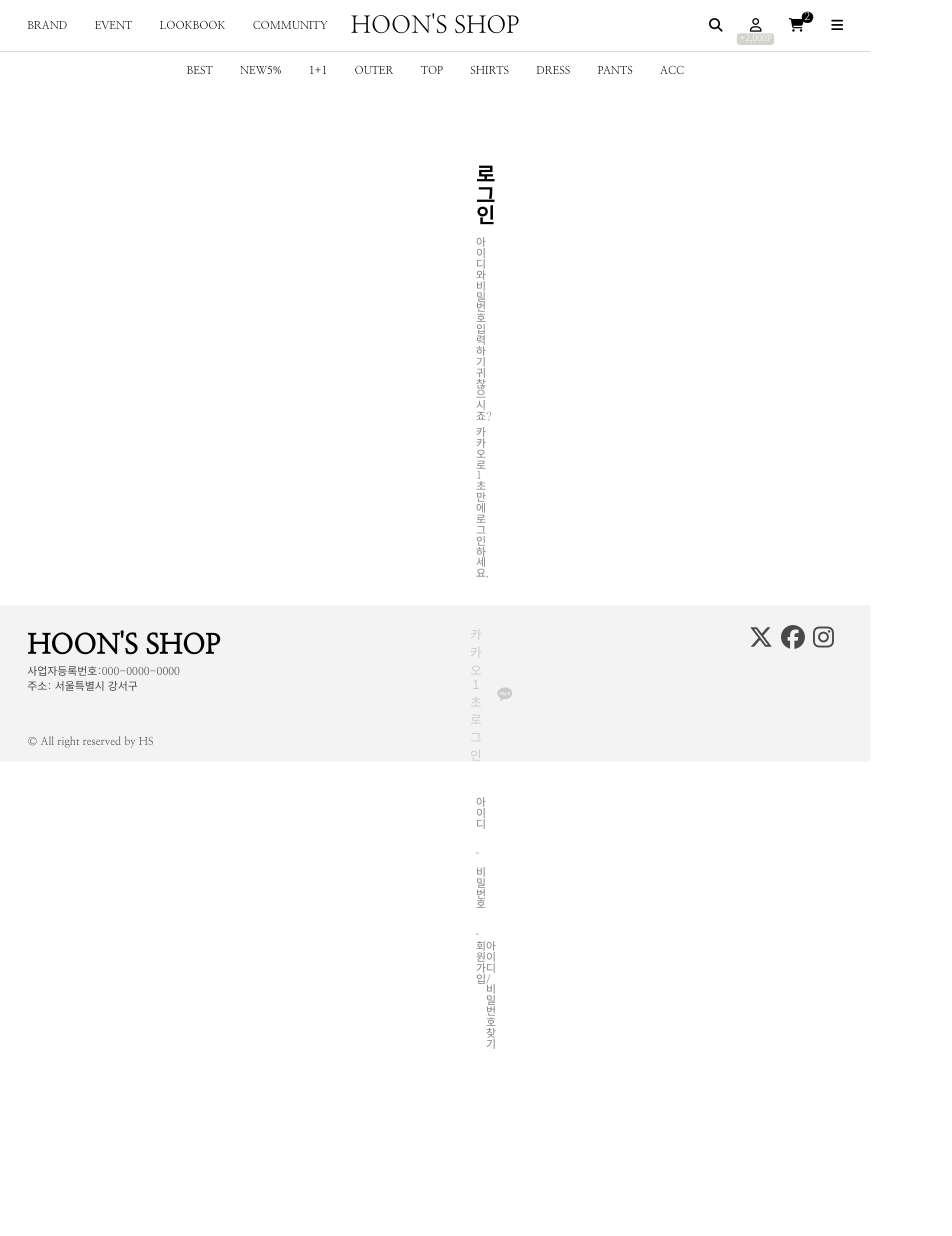
Repository: Iimchaehoon/cafeProject
Page: login.html
These files come from the project's save history. The page is drawn as it stood at one moment and after the next save; the edit follows.
The browser window is 1280 px wide. The page is 1400 px wide, so the pictures cover 1400 px, including what lies to the right of the window. The pictures show the whole page, at 68% of full size.
Some web libraries are served in a nearby version.

Above is the page before, as saved 2024-07-29 21:17:01.

### login.html
<!DOCTYPE html>
<html lang="en">
  <head>
    <meta charset="UTF-8" />
    <meta name="viewport" content="width=device-width, initial-scale=1.0" />
    <title>Document</title>
    <link rel="stylesheet" href="/src/css/pages/login.css" />
    <script
      src="https://kit.fontawesome.com/1e606f2a97.js"
      crossorigin="anonymous"
    ></script>
  </head>
  <body>
    <!--header-->
    <header class="header">
      <div class="header__top">
        <nav class="header__nav-box">
          <ul class="header__list-box">
            <li class="header__content">BRAND</li>
            <li class="header__content">EVENT</li>
            <li class="header__content">LOOKBOOK</li>
            <li class="header__content">COMMUNITY</li>
          </ul>
        </nav>
        <h1 class="header__title">HOON'S SHOP</h1>
        <ul class="header__menu">
          <li class="header__content">
            <i class="fa-solid fa-magnifying-glass fa-lg"></i>
          </li>
          <li class="header__content header__content--badge-price">
            <div class="header__price-badge"><span>+2,000P</span></div>
            <i class="fa-regular fa-user fa-lg"></i>
          </li>
          <li class="header__content header__content--badge-box">
            <div class="header__cart-badge"><span>2</span></div>
            <i class="fa-solid fa-cart-shopping fa-lg"></i>
          </li>
          <li class="header__content">
            <i class="fa-solid fa-bars fa-lg"></i>
          </li>
        </ul>
      </div>

      <div class="header__bottom">
        <ul class="header__category">
          <li class="header__content">BEST</li>
          <li class="header__content">NEW5%</li>
          <li class="header__content">1+1</li>
          <li class="header__content">OUTER</li>
          <li class="header__content">TOP</li>
          <li class="header__content">SHIRTS</li>
          <li class="header__content">DRESS</li>
          <li class="header__content">PANTS</li>
          <li class="header__content">ACC</li>
        </ul>
      </div>
    </header>
    <div class="login-wrapper">
      <h2 class="login__title">로그인</h2>
      <span class="login__text">아이디와 비밀번호 입력하기 귀찮으시죠?</span>
      <span class="login__text">카카오로 1초만에 로그인 하세요.</span>
      <button class="login__btn login__btn-kakao">
        <svg xmlns="http://www.w3.org/2000/svg" viewBox="0 0 24 24">
          <g>
            <path fill="none" d="M0 0h24v24H0z" />
            <path
              d="M12 3c5.799 0 10.5 3.664 10.5 8.185 0 4.52-4.701 8.184-10.5 8.184a13.5 13.5 0 0 1-1.727-.11l-4.408 2.883c-.501.265-.678.236-.472-.413l.892-3.678c-2.88-1.46-4.785-3.99-4.785-6.866C1.5 6.665 6.201 3 12 3zm5.907 8.06l1.47-1.424a.472.472 0 0 0-.656-.678l-1.928 1.866V9.282a.472.472 0 0 0-.944 0v2.557a.471.471 0 0 0 0 .222V13.5a.472.472 0 0 0 .944 0v-1.363l.427-.413 1.428 2.033a.472.472 0 1 0 .773-.543l-1.514-2.155zm-2.958 1.924h-1.46V9.297a.472.472 0 0 0-.943 0v4.159c0 .26.21.472.471.472h1.932a.472.472 0 1 0 0-.944zm-5.857-1.092l.696-1.707.638 1.707H9.092zm2.523.488l.002-.016a.469.469 0 0 0-.127-.32l-1.046-2.8a.69.69 0 0 0-.627-.474.696.696 0 0 0-.653.447l-1.661 4.075a.472.472 0 0 0 .874.357l.33-.813h2.07l.299.8a.472.472 0 1 0 .884-.33l-.345-.926zM8.293 9.302a.472.472 0 0 0-.471-.472H4.577a.472.472 0 1 0 0 .944h1.16v3.736a.472.472 0 0 0 .944 0V9.774h1.14c.261 0 .472-.212.472-.472z"
            />
          </g>
        </svg>
        카카오 1초 로그인
      </button>
      <form class="login__form">
        <label for="login-id" class="login__label">
          <span class="login__text">아이디</span>
          <input id="login-id" type="text" class="login__input" />
        </label>
        <label for="login-password" class="login__label">
          <span class="login__text">비밀번호</span>
          <input id="login-password" type="password" class="login__input" />
        </label>
        <div class="login__text-box">
          <a class="login__text" href="">회원가입</a>
          <a class="login__text" href="">아이디 / 비밀번호 찾기</a>
        </div>
        <input class="login__btn" type="submit" value="로그인" />
      </form>

      <button class="login__btn login__btn-naver">
        <svg role="img" viewBox="0 0 24 24" xmlns="http://www.w3.org/2000/svg">
          <title>Naver</title>
          <path
            d="M1.6 0S0 0 0 1.6v20.8S0 24 1.6 24h20.8s1.6 0 1.6-1.6V1.6S24 0 22.4 0zm3.415 5.6h4.78l4.425 6.458V5.6h4.765v12.8h-4.78L9.78 11.943V18.4H5.015Z"
          />
        </svg>
        네이버 로그인
      </button>
    </div>
    <!-- footer -->
    <footer class="footer">
      <div class="footer_sub-box">
        <span class="footer_title">HOON'S SHOP</span>
        <small class="footer_text">사업자등록번호:000-0000-0000</small>
        <small class="footer_text">주소: 서울특별시 강서구</small>
        <small class="footer_text footer_copy-right"
          >&copy; All right reserved by HS</small
        >
      </div>
      <div class="footer_sub-box footer__social-box">
        <span class="footer_text">
          <i class="fa-brands fa-x-twitter fa-2xl"></i>
        </span>
        <span class="footer_text">
          <i class="fa-brands fa-facebook fa-2xl"></i>
        </span>
        <span class="footer_text">
          <i class="fa-brands fa-instagram fa-2xl"></i>
        </span>
      </div>
    </footer>
  </body>
</html>

### src/css/pages/login.css
@import "../reset.css";
@import "../common.css";
@import "../components/header.css";
@import "../components/footer.css";
.login-wrapper {
  height: 80vh;
  display: flex;
  flex-direction: column;
  padding: 0 700px;
  padding-top: 100px;
}
.login__title {
  font-size: 30px;
  font-weight: 700;
  margin-bottom: 15px;
}
.login__text {
  color: rgba(0, 0, 0, 0.5);
  margin-bottom: 7px;
  text-decoration: none;
  transition: color 0.2s ease-in-out;
}

.login__form {
  display: flex;
  flex-direction: column;
}
.login__btn {
  background-color: black;
  border-radius: 5px;
  color: white;
  font-size: 18px;
  padding: 10px 0;
  border: none;
  margin: 5px 0;
  display: flex;
  justify-content: center;
  align-items: center;
  position: relative;
  transition: background-color 0.2s ease-in-out;
  transition: transform 0.2s ease-in-out;
}
.login__btn:active {
  transform: scale(1.07);
}
.login__btn:hover {
  background-color: rgb(50, 49, 49);
}

.login__btn svg {
  width: 25px;
  height: 25px;
  position: absolute;
  left: 30px;
}
.login__btn-kakao {
  margin-top: 50px;
  background-color: #fee500;
  color: black;
  margin-bottom: 30px;
}
.login__btn-kakao:hover {
  background-color: #f7e85d;
}
.login__btn-naver {
  background-color: #1dc800;
}
.login__btn-naver:hover {
  background-color: #49cd32;
}
.login__btn-naver {
  fill: white;
}
.login__text-box {
  margin-bottom: 30px;
  display: flex;
  justify-content: space-between;
}
.login__label {
  display: flex;
  flex-direction: column;
  margin: 10px 0;
}
.login__label:focus {
  transform: scale(1.05);
}
.login__input {
  border: none;
  border-bottom: 1px solid rgba(0, 0, 0, 0.5);
  margin-top: 10px;
}
.login__input:focus {
  outline: none;
  border-color: black;
}
.login__label:focus-within .login__text {
  color: black;
}
.login__text-box .login__text:hover {
  color: black;
}

### src/css/common.css
@import url("https://fonts.googleapis.com/css2?family=Nanum+Gothic&family=Nanum+Myeongjo&display=swap");
body {
  font-family: "Nanum Myeongjo", serif;
  margin: 0;
  padding: 0;
  box-sizing: border-box;
  padding-bottom: 300px;
  position: relative;
}
ul {
  margin: 0;
}

### src/css/components/header.css
.header {
  height: 20vh;
}
.header__top {
  display: flex;
  justify-content: space-between;
  padding: 20px;
  border-bottom: 1px solid rgba(0, 0, 0, 0.2);
}
.header__nav-box {
  width: 33%;
}
.header__title {
  width: 33%;
  font-size: 35px;
  font-weight: 550;
  text-align: center;
}

.header__list-box {
  display: flex;

  height: 100%;
  align-items: center;
}
.header__menu {
  display: flex;
  align-items: center;
  justify-content: flex-end;

  width: 33%;
}
.header__content {
  margin: 0 20px;
}
.header__content a {
  color: black;
  text-decoration: none;
}
.header__content a {
  color: black;
}
/* 아래헤더 */
.header__category {
  display: flex;
  justify-content: center;
  padding: 20px 0;
}
.header__cart-badge {
  background-color: black;
  display: flex;
  justify-content: center;
  align-items: center;
  border-radius: 100%;
  width: 13px;
  height: 13px;
  padding: 2px;
  position: absolute;
  top: -13px;
  right: -13px;
}
.header__content--badge-box {
  position: relative;
}
.header__cart-badge span {
  color: white;
}
.header__content--badge-price {
  position: relative;
}
.header__price-badge {
  background-color: #d5d3cd;
  color: white;
  display: flex;
  justify-content: center;
  align-items: center;
  font-size: 13px;
  border-radius: 5px;
  padding: 2px 4px;
  position: absolute;
  left: 50%;
  transform: translateX(-50%);
  bottom: -20px;
}

### src/css/components/footer.css
.footer {
  position: absolute;
  bottom: 0;
  height: 230px;
  width: 100%;
  background-color: #f1f1f1d6;
  display: flex;
}

.footer_sub-box {
  width: 50%;
  height: 100%;
  display: flex;
  flex-direction: column;
  padding: 40px;
  box-sizing: border-box;
}
.footer_copy-right {
  position: relative;
  bottom: -60px;
}

.footer_title {
  font-size: 40px;
  font-weight: 600;
  margin-bottom: 10px;
}
.footer_text {
  color: rgba(0, 0, 0, 0.7);
  margin-bottom: 5px;
}
.footer__social-box {
  flex-direction: row;
  justify-content: flex-end;
}
.footer_text i {
  transform: scale(1.1);
  margin-right: 15px;
}

Loaded but not shown: src/css/reset.css (common file)

After the next save:
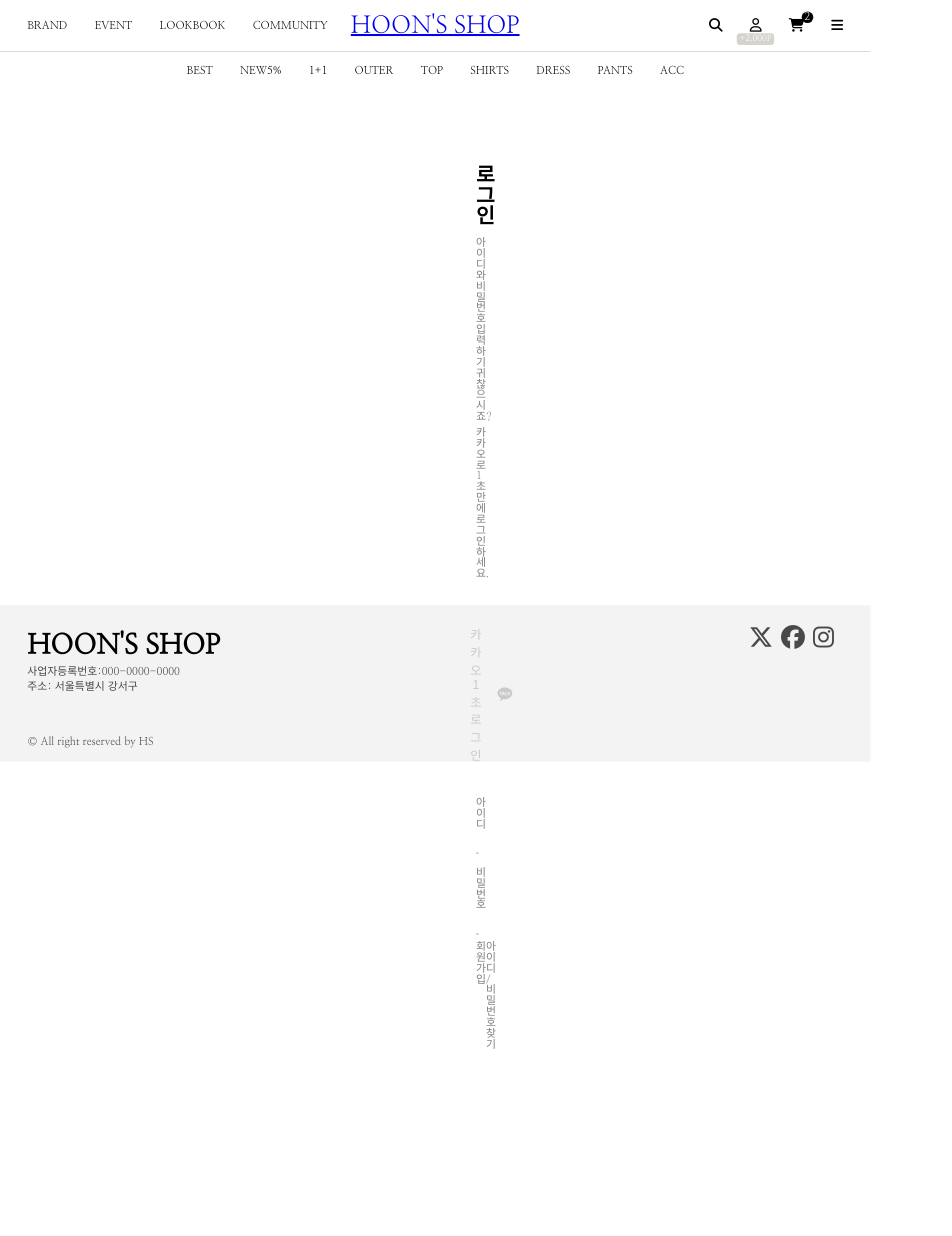
Saved 58 s later.
--- a/login.html
+++ b/login.html
@@ -22,7 +22,7 @@
             <li class="header__content">COMMUNITY</li>
           </ul>
         </nav>
-        <h1 class="header__title">HOON'S SHOP</h1>
+        <h1 class="header__title"><a href="/src/index.html">HOON'S SHOP</a></h1>
         <ul class="header__menu">
           <li class="header__content">
             <i class="fa-solid fa-magnifying-glass fa-lg"></i>
@@ -55,6 +55,7 @@
         </ul>
       </div>
     </header>
+    <!-- login -->
     <div class="login-wrapper">
       <h2 class="login__title">로그인</h2>
       <span class="login__text">아이디와 비밀번호 입력하기 귀찮으시죠?</span>

After the 3 saves that followed:
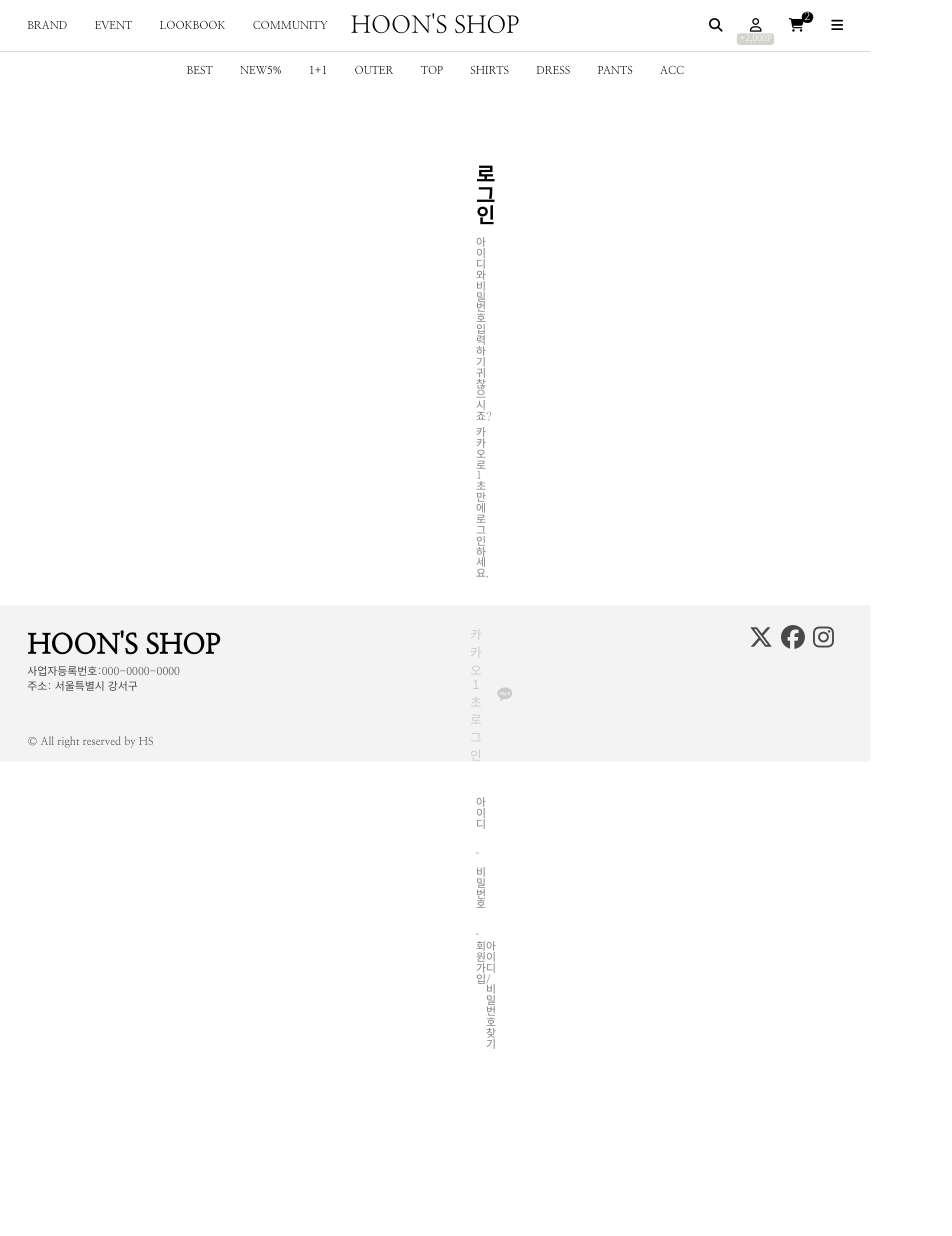
The 3 saves are shown as one change because 2 left the picture as it was.
The last was saved 100 s later.
--- a/src/css/pages/login.css
+++ b/src/css/pages/login.css
@@ -2,6 +2,10 @@
 @import "../common.css";
 @import "../components/header.css";
 @import "../components/footer.css";
+.header__title a {
+  text-decoration: none;
+  color: black;
+}
 .login-wrapper {
   height: 80vh;
   display: flex;
@@ -81,14 +85,13 @@
   flex-direction: column;
   margin: 10px 0;
 }
-.login__label:focus {
-  transform: scale(1.05);
-}
+
 .login__input {
   border: none;
   border-bottom: 1px solid rgba(0, 0, 0, 0.5);
   margin-top: 10px;
 }
+
 .login__input:focus {
   outline: none;
   border-color: black;
